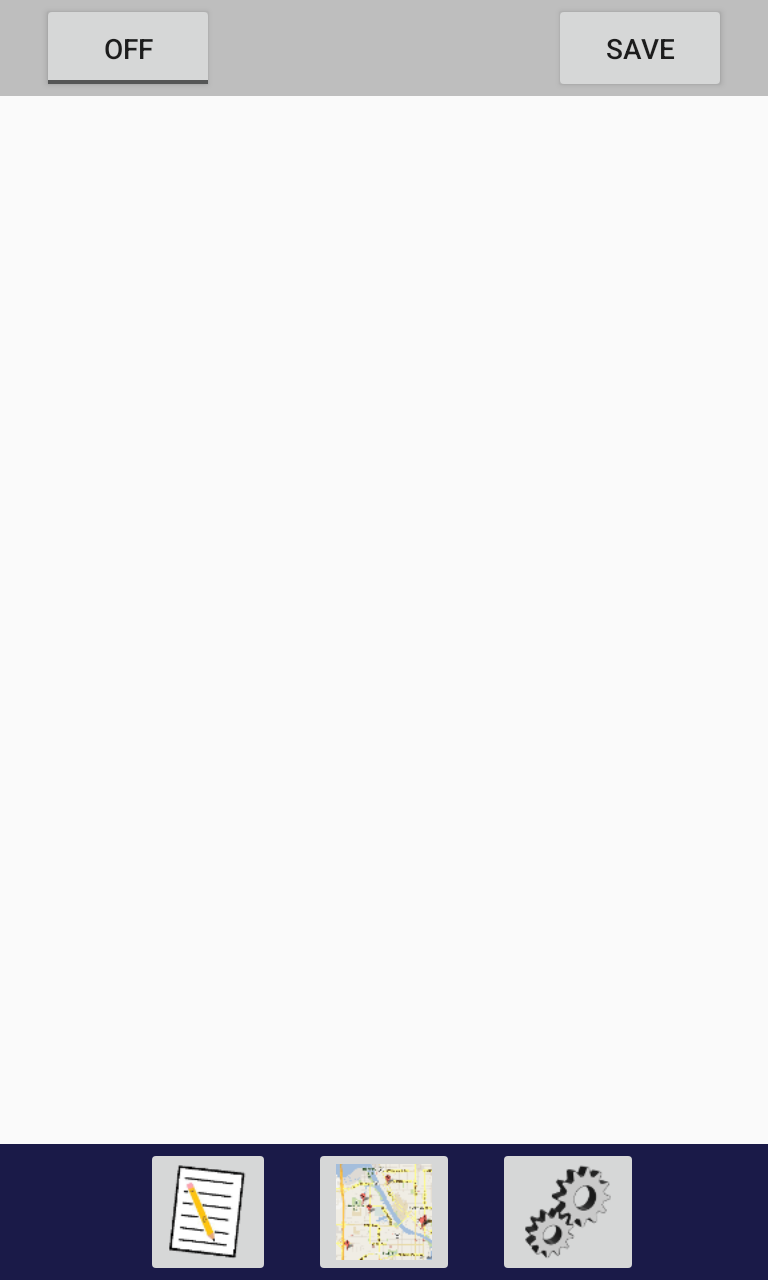
Repository: MobileApps-Cascadia/JenniferBronson_ExercisesChapter5
Layout: MyContactList/res/layout/activity_contact.xml
The author's editor kept a copy of each file at every save. The layout is drawn from the files as they stood at one save, then again after the next save.
It is drawn on a 768 x 1280 px phone screen (xhdpi) without system bars, with theme AppTheme; the app's code is not run.

Above is the layout before, as saved 2014-04-26 21:10:10.

After the next save:
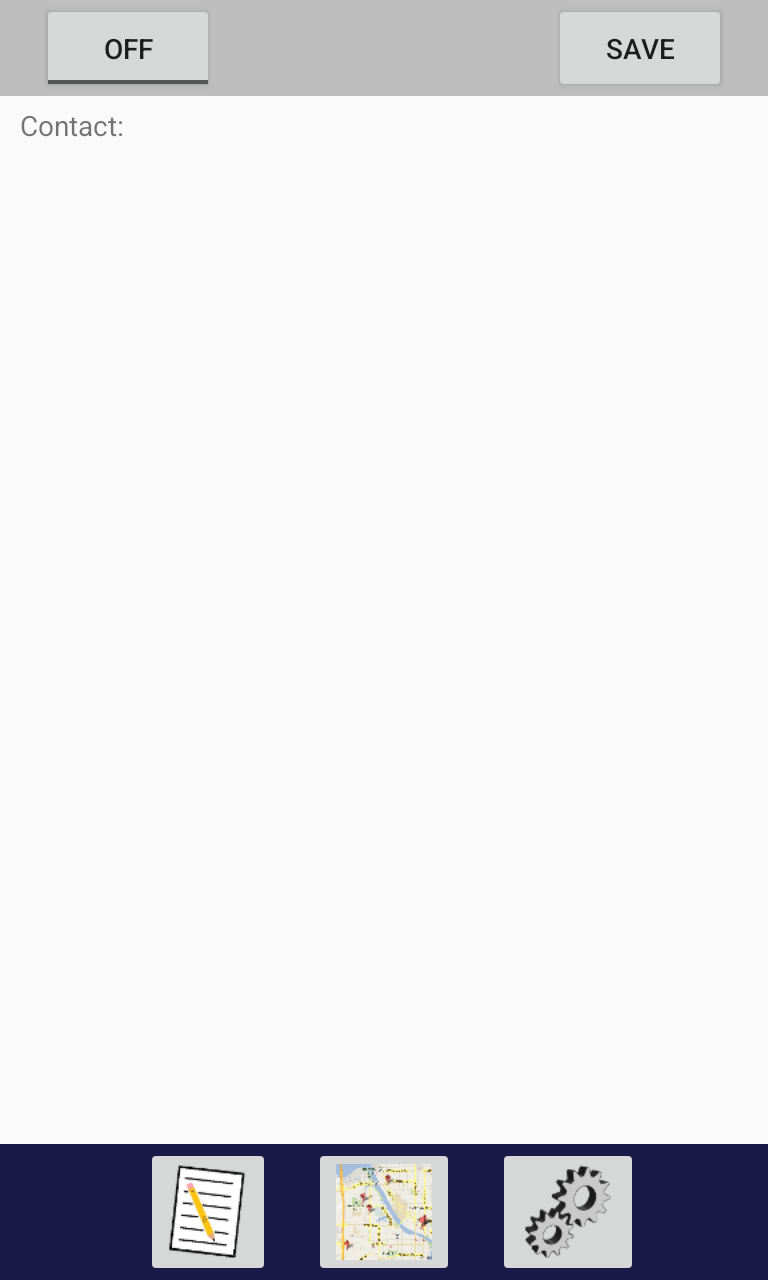
Saved 3 min 30 s later.
--- a/MyContactList/res/layout/activity_contact.xml
+++ b/MyContactList/res/layout/activity_contact.xml
@@ -80,6 +80,18 @@
             android:layout_width="match_parent"
             android:layout_height="match_parent"
            >
+
+            <TextView
+                android:id="@+id/textContact"
+                android:layout_width="wrap_content"
+                android:layout_height="wrap_content"
+                android:text="Contact:"
+                android:textAppearance="?android:attr/textAppearanceSmall"
+                android:layout_alignParentLeft="true"
+        		android:layout_alignParentTop="true"
+        		android:layout_marginLeft="10dp"
+        		android:layout_marginTop="5dp"/>
+
         </RelativeLayout>
     </ScrollView>
 
